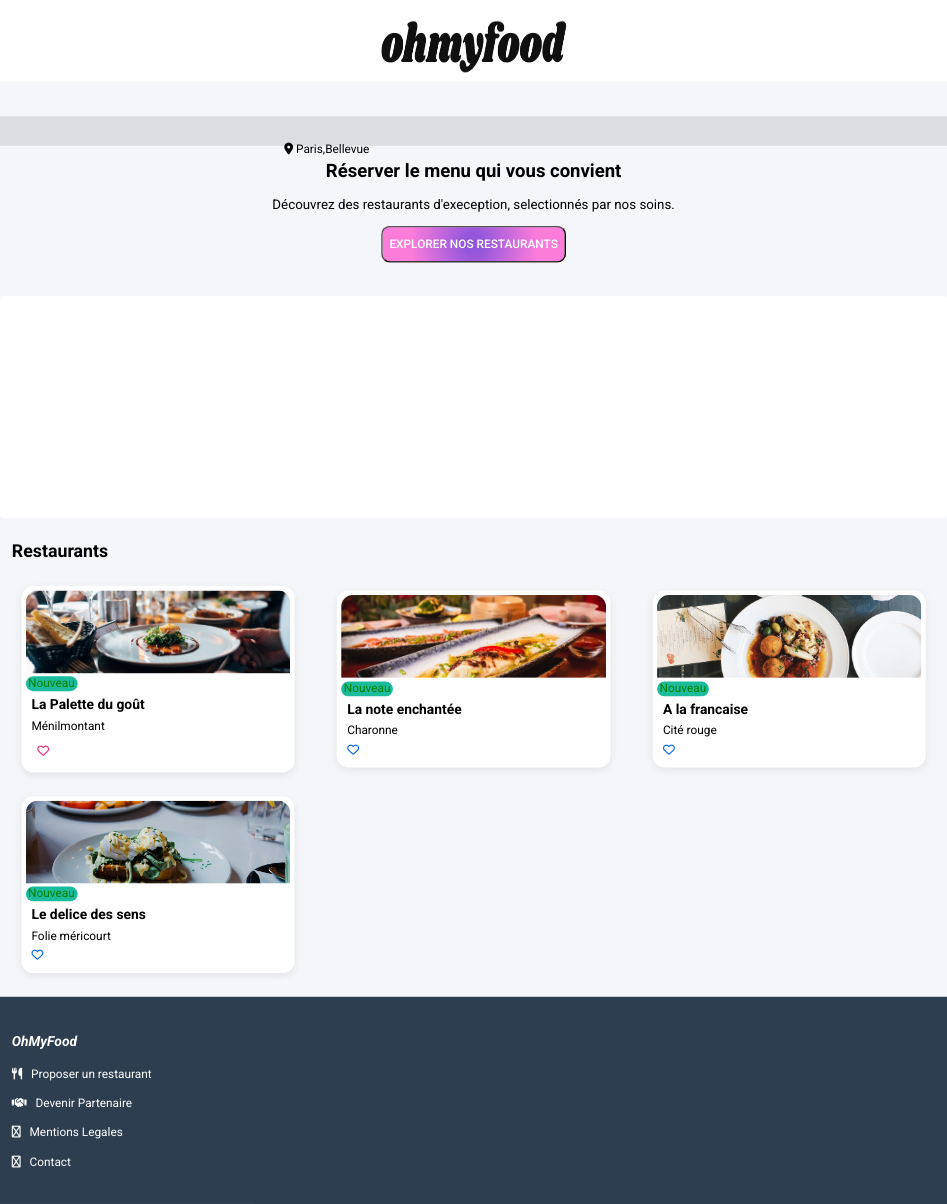
Repository: ultraasedev/ohmyfood
Page: index.html
These files come from the project's save history. The page is drawn as it stood at one moment and after the next save; the edit follows.
The browser window is 1280 px wide. The pictures show the whole page, at 74% of full size.
Some web fonts or font styles are not loaded; a fallback is used. Some web libraries are served in a nearby version.

Above is the page before, as saved 2022-10-27 18:27:13.

After the next save:
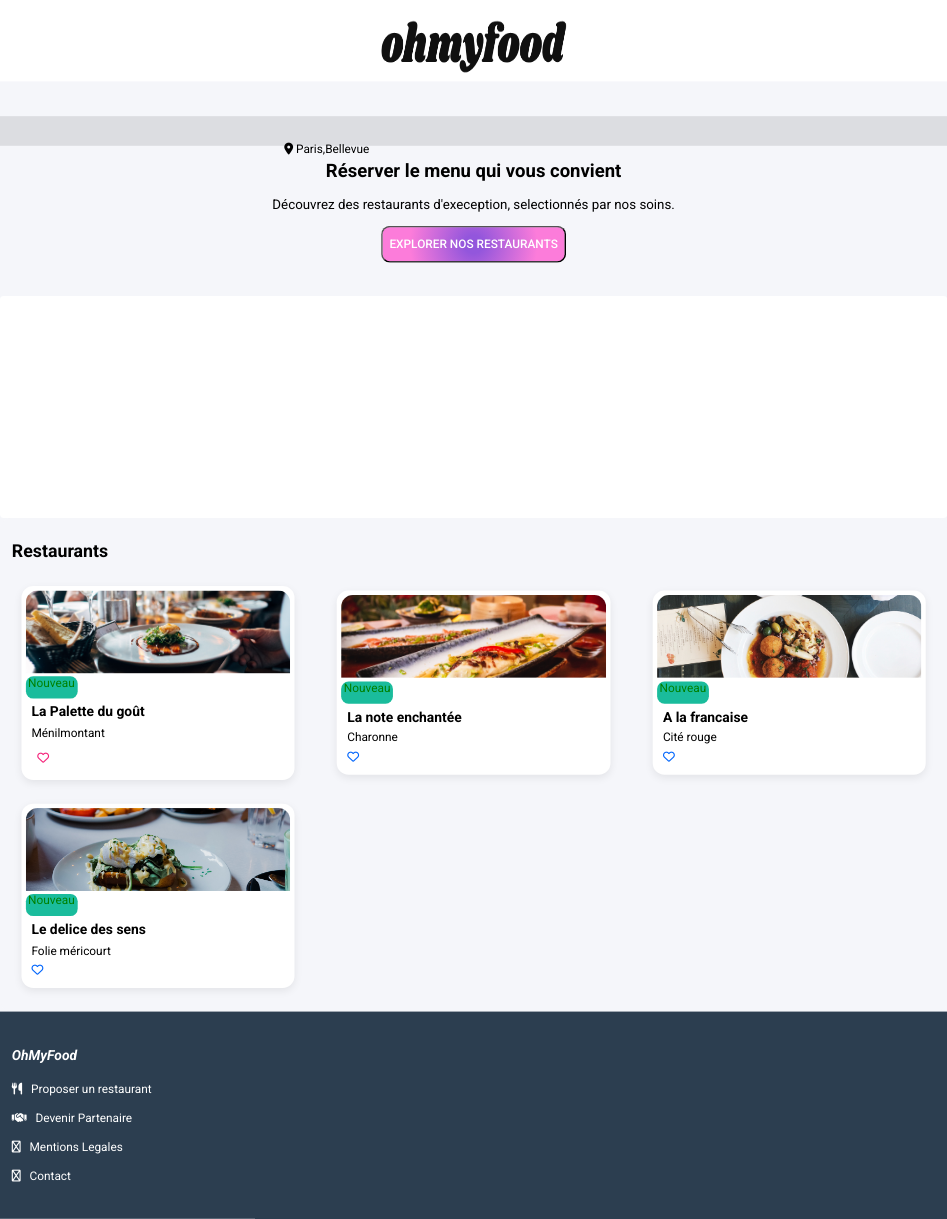
Saved 12 s later.
--- a/css/style.css
+++ b/css/style.css
@@ -145,7 +145,7 @@ header{
 .cont-art .resto-card .new{
   background-color: #1abc9c;
   color: green;
-  height: 20px;
+  height: 30px;
   width: 70px;
   text-align: center;
   border-radius: 10px;
